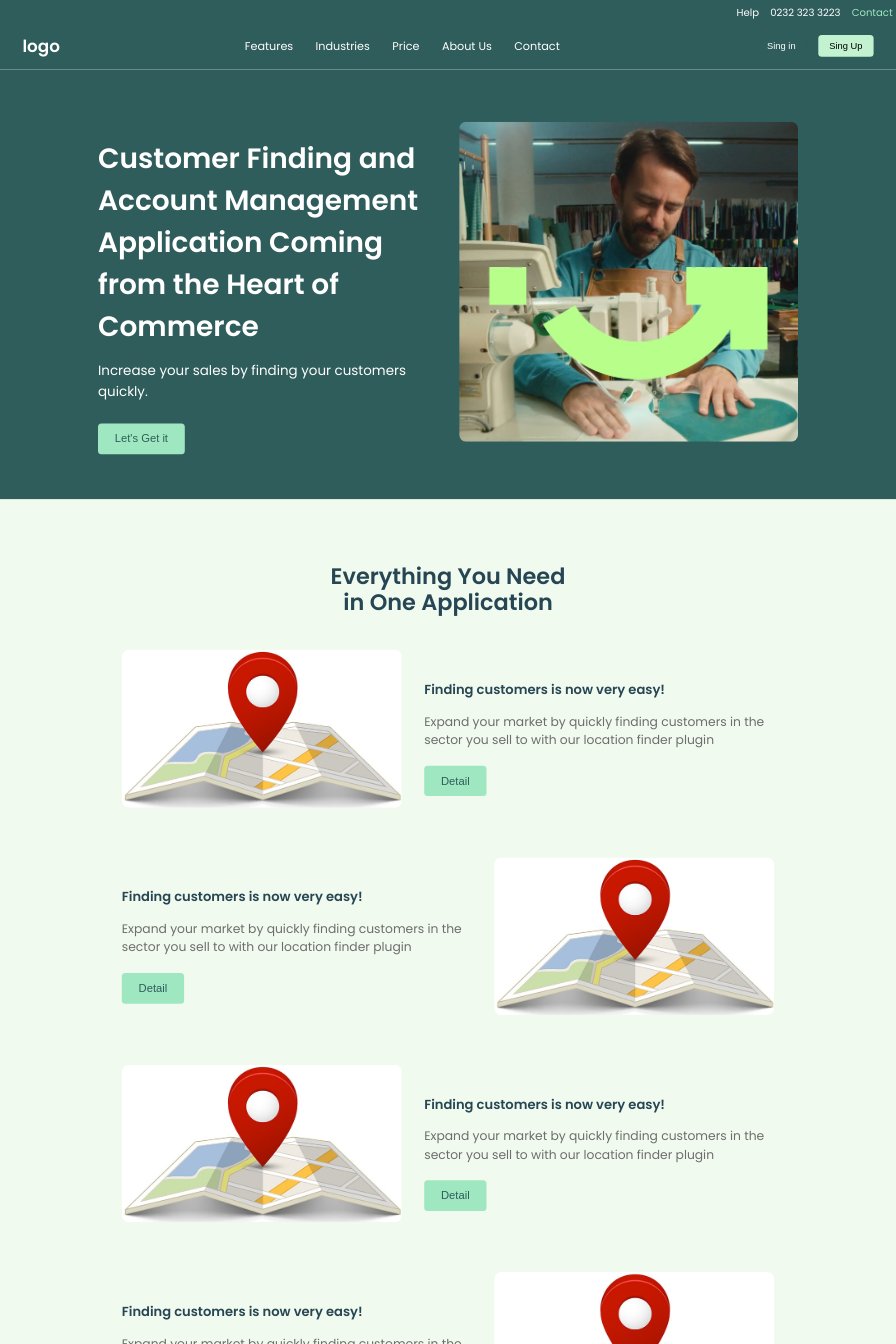
Repository: senolinanyasar/myrouteapplication
Page: /features
These files come from the project's save history. The page is drawn as it stood at one moment and after the next save; the edit follows.
The browser window is 1280 px wide. The pictures show the part of the page from y = 0 to 1920 px (the page is 3720 px tall), at 70% of full size.
The project was rebuilt for these pictures with package versions that can differ from the ones it lists, and the page was loaded fresh each time. Also part of the build but not shown: vite.config.js.

Above is the page before, as saved 2024-11-14 20:59:54.

After the next save:
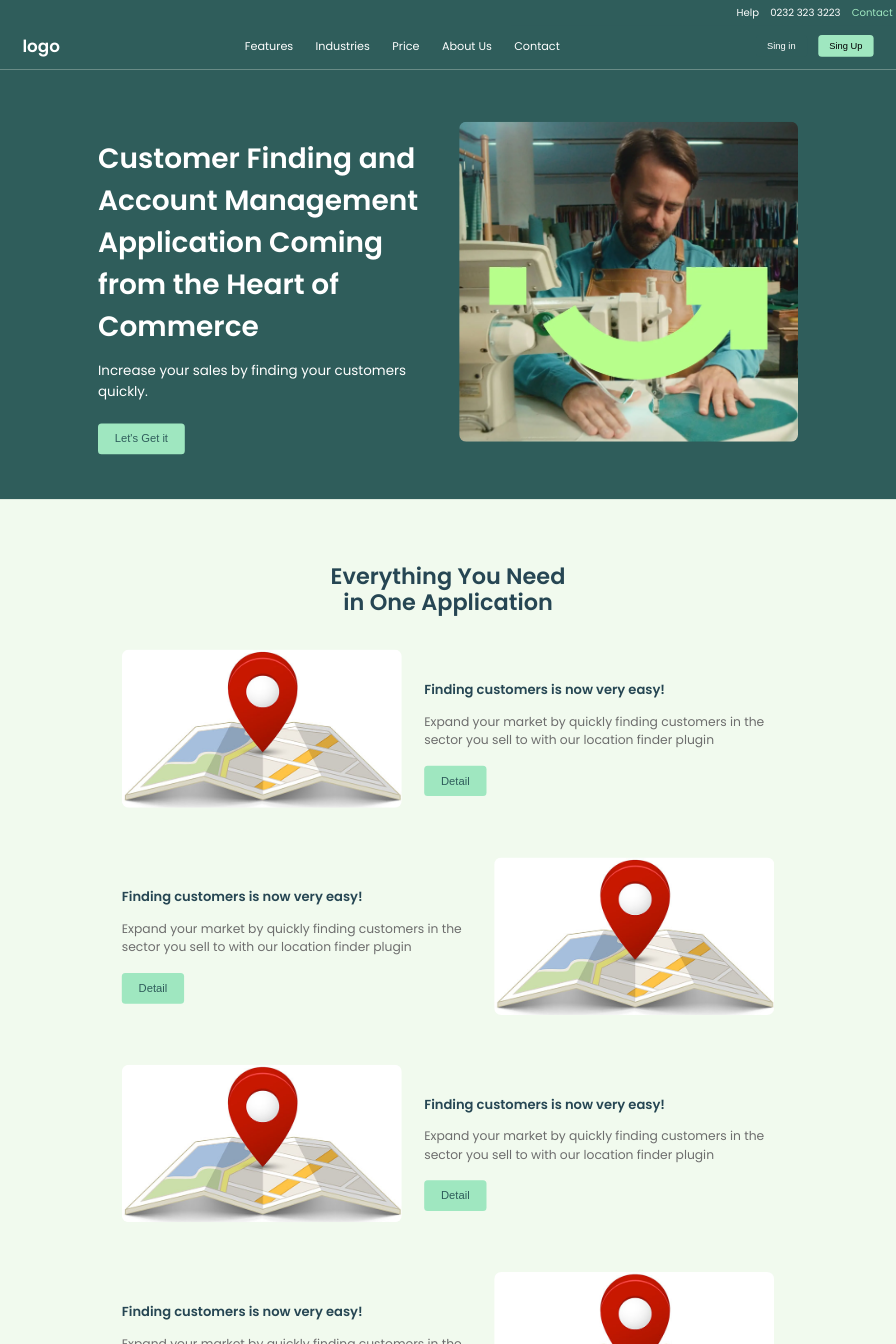
Saved 3 min 28 s later.
--- a/src/components/Header.css
+++ b/src/components/Header.css
@@ -39,6 +39,6 @@
 }
 
 .register-button{
-    background-color: #c3f2d0;
+    background-color: #9fe7c0;
     color: black;
 }
